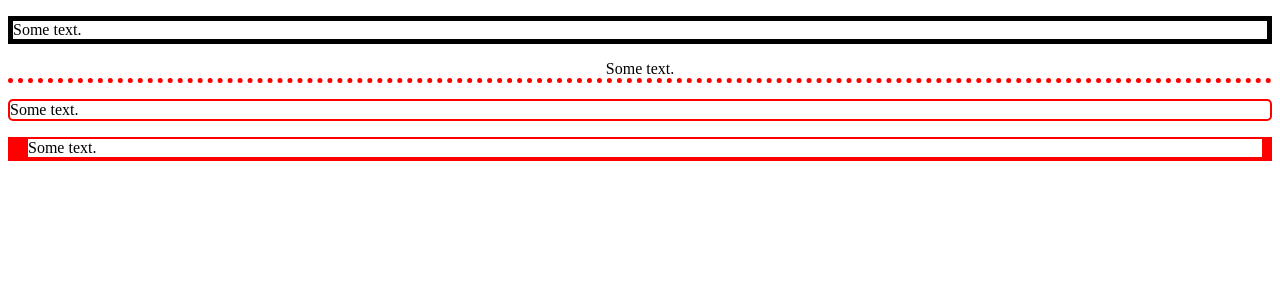
Repository: SanghunOh/learn_publising
Page: HtmlCss/WebContent/CascadingSS/css_marginpadding.html
These files come from the project's save history. The page is drawn as it stood at one moment and after the next save; the edit follows.
The browser window is 1280 px wide. The pictures show the whole page.

Above is the page before, as saved 2018-05-06 03:18:08.

### HtmlCss/WebContent/CascadingSS/css_marginpadding.html
<!DOCTYPE html>
<html>
<head>
<style>
.one {
	border-style: solid;
	border-width: 5px;
}

.four {
	border-bottom: 6px dotted red;
	border-width: thick;
	text-align: center;
}

.five {
	border: 2px double red;
	border-radius: 5px;
}

.seven {
	border: 5px solid red;
	border-width: 2px 10px 4px 20px;
}
</style>
</head>
<body>

	<p class="one">Some text.</p>
	<p class="four">Some text.</p>
	<p class="five">Some text.</p>
	<p class="seven">Some text.</p>


</body>
</html>

After the next save:
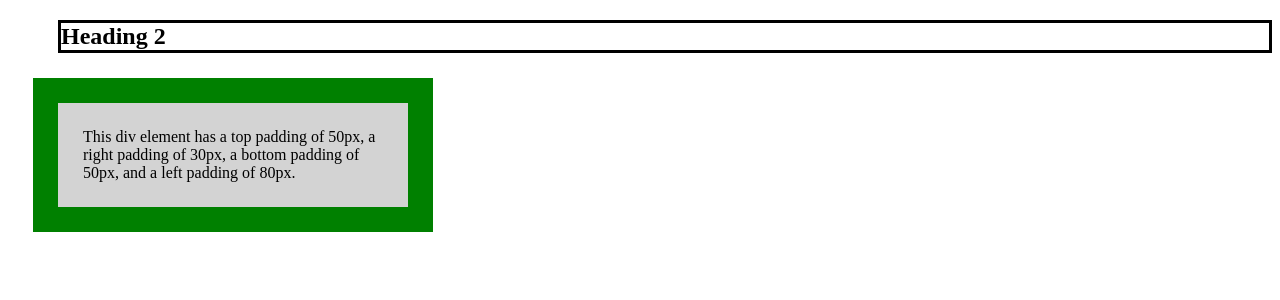
Saved 10 min 59 s later.
--- a/HtmlCss/WebContent/CascadingSS/css_marginpadding.html
+++ b/HtmlCss/WebContent/CascadingSS/css_marginpadding.html
@@ -2,35 +2,22 @@
 <html>
 <head>
 <style>
-.one {
-	border-style: solid;
-	border-width: 5px;
+h2 {
+    margin: 20px 0 0 50px;
+    border: solid
+}
+div {
+    background-color: lightgrey;
+    width: 300px;
+    border: 25px solid green;
+    padding: 25px;
+    margin: 25px;
 }
 
-.four {
-	border-bottom: 6px dotted red;
-	border-width: thick;
-	text-align: center;
-}
-
-.five {
-	border: 2px double red;
-	border-radius: 5px;
-}
-
-.seven {
-	border: 5px solid red;
-	border-width: 2px 10px 4px 20px;
-}
 </style>
 </head>
 <body>
-
-	<p class="one">Some text.</p>
-	<p class="four">Some text.</p>
-	<p class="five">Some text.</p>
-	<p class="seven">Some text.</p>
-
-
+<h2>Heading 2</h2>
+<div>This div element has a top padding of 50px, a right padding of 30px, a bottom padding of 50px, and a left padding of 80px.</div>
 </body>
 </html>
